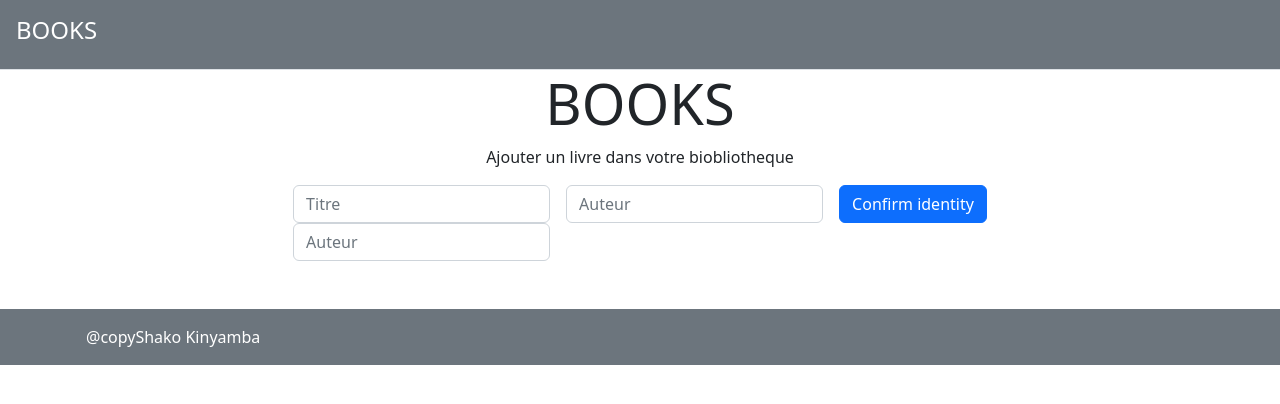
Repository: SKB-TECH/Books
Page: /
The author's editor kept a copy of each file at every save. The page is drawn from the files as they stood at one save, then again after a run of saves.
The browser window is 1280 px wide. The pictures show the whole page.
The project was rebuilt for these pictures with package versions that can differ from the ones it lists, and the page was loaded fresh each time. Also part of the build but not shown: vite.config.js.

Above is the page before, as saved 2022-11-09 15:57:44.

After the next 3 saves:
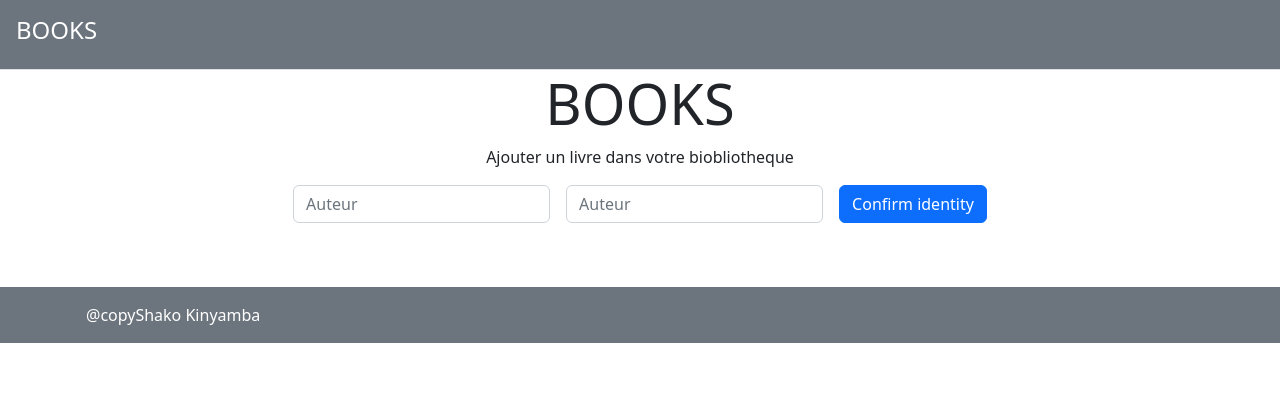
The 3 saves are shown as one change because 1 did not build or start and some came seconds apart.
The last was saved 25 s later.
--- a/src/Containers/AddBooks.jsx
+++ b/src/Containers/AddBooks.jsx
@@ -14,8 +14,6 @@ const AddBooks = () => {
 
                     <form className="form-inline justify-content-center row g-3">
                         <div className="col-auto">
-                            <input type="password" className="form-control" id="inputPassword2" placeholder="Titre" />
-
                             <input type="password" className="form-control" id="inputPassword2" placeholder="Auteur" />
                         </div>
                         <div className="col-auto">
